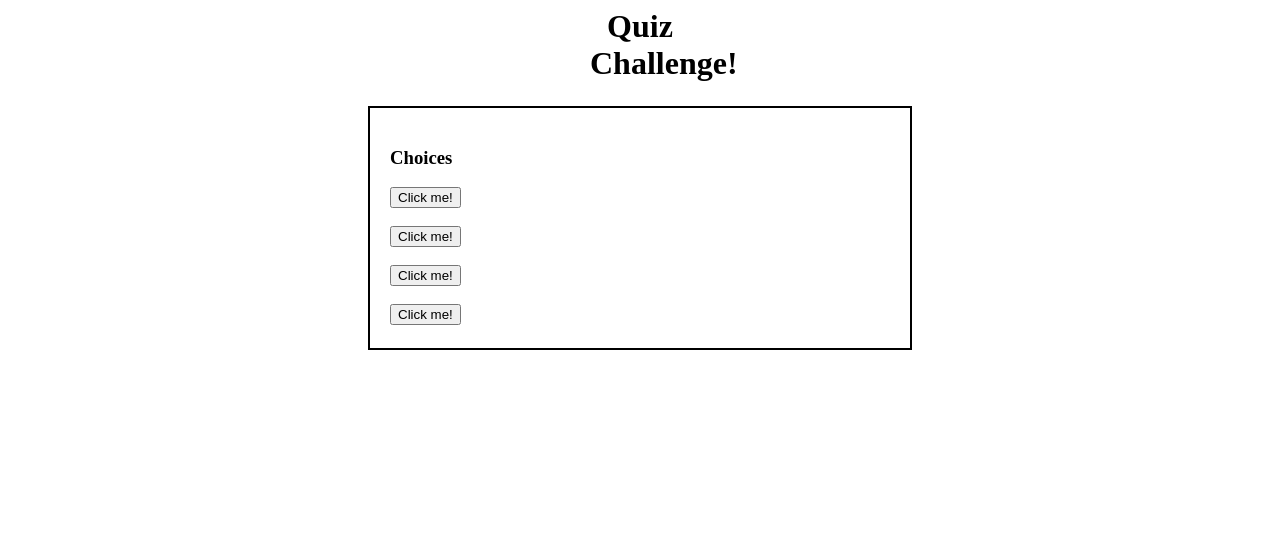
Repository: s88leigh/Quiz-Challenge
Page: index.html
An editor plug-in stored every save of this project. The page is shown before and after a run of saves, followed by the edit.
The browser window is 1280 px wide. The pictures show the whole page.

Above is the page before, as saved 2019-10-18 10:00:26.
Console error: ReferenceError: questionText is not defined

After the next 2 saves:
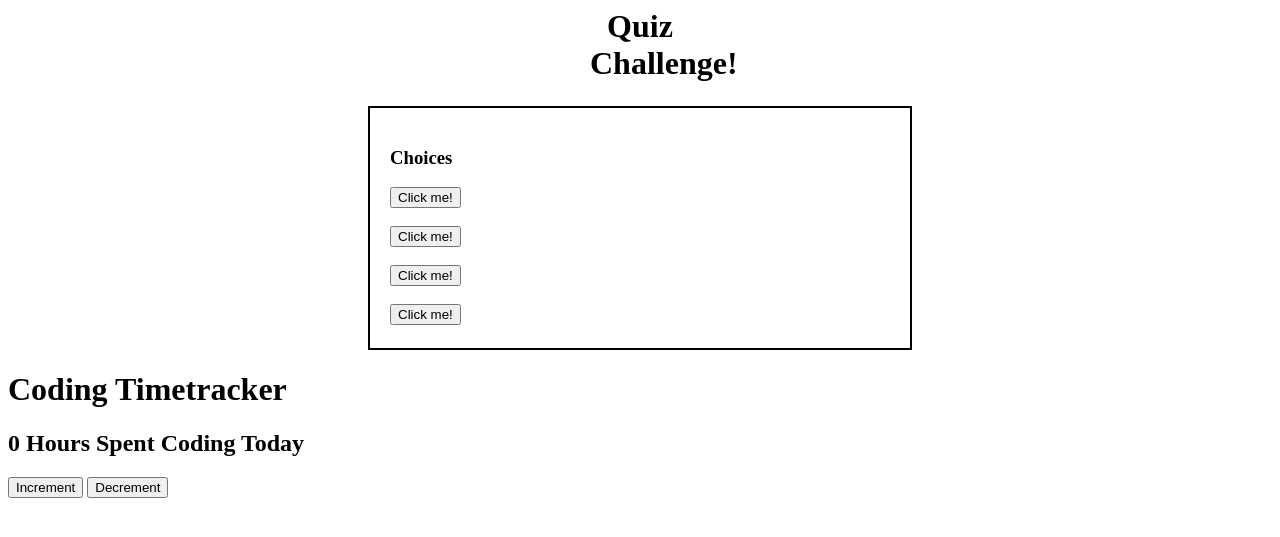
The 2 saves are shown as one change because they came seconds apart.
The last was saved 5 min 25 s later.
--- a/index.html
+++ b/index.html
@@ -22,6 +22,13 @@
             <input type="button" id="btn4"  value="Click me!">
 
   </div>
+  <div class="wrapper">
+    <h1>Coding Timetracker</h1>
+    <h2><span id="counter">0</span> Hours Spent Coding Today</h2>
+    <button id="add">Increment</button>
+    <button id="subtract">Decrement</button>
+  </div>
+
   <script src="./script.js"></script>
 </body>
 </html>
